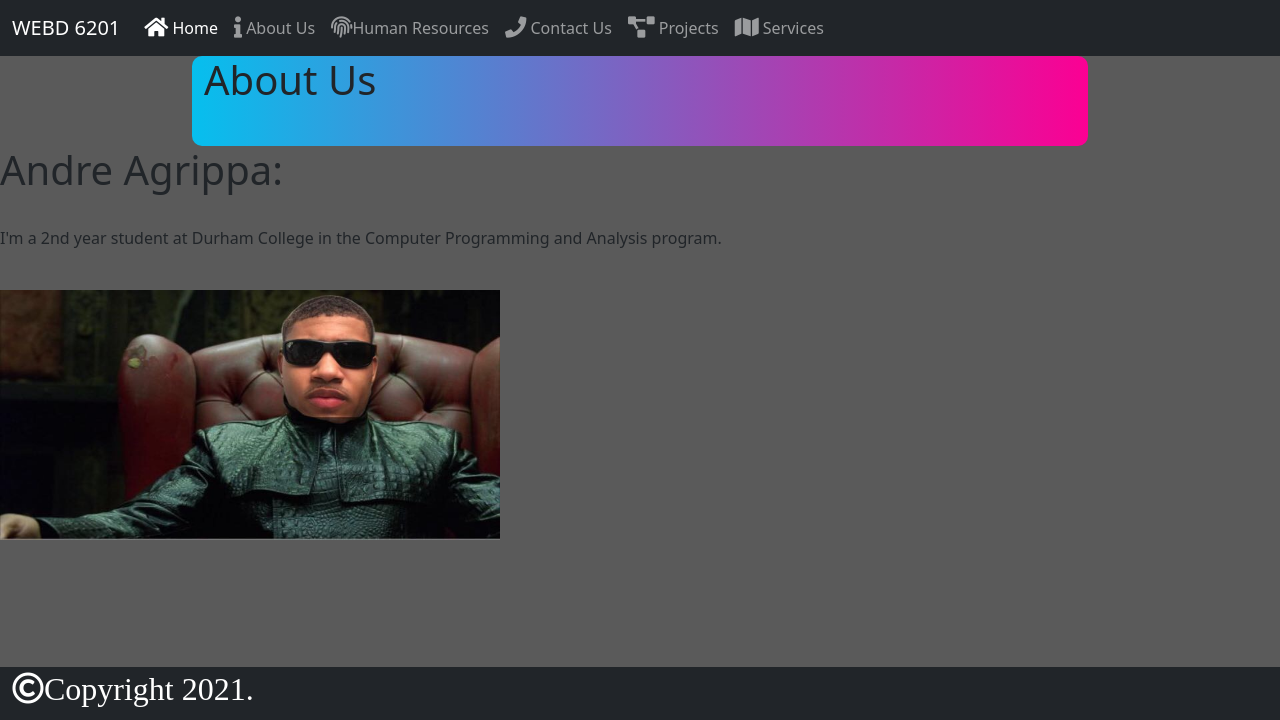
Repository: vans12345678/WEBD6201-W2021-Lab1
Page: about.html
The author's editor kept a copy of each file at every save. The page is drawn from the files as they stood at one save, then again after the next save.
The browser window is 1280 px wide. The pictures show the whole page.

Above is the page before, as saved 2021-01-30 21:28:36.

After the next save:
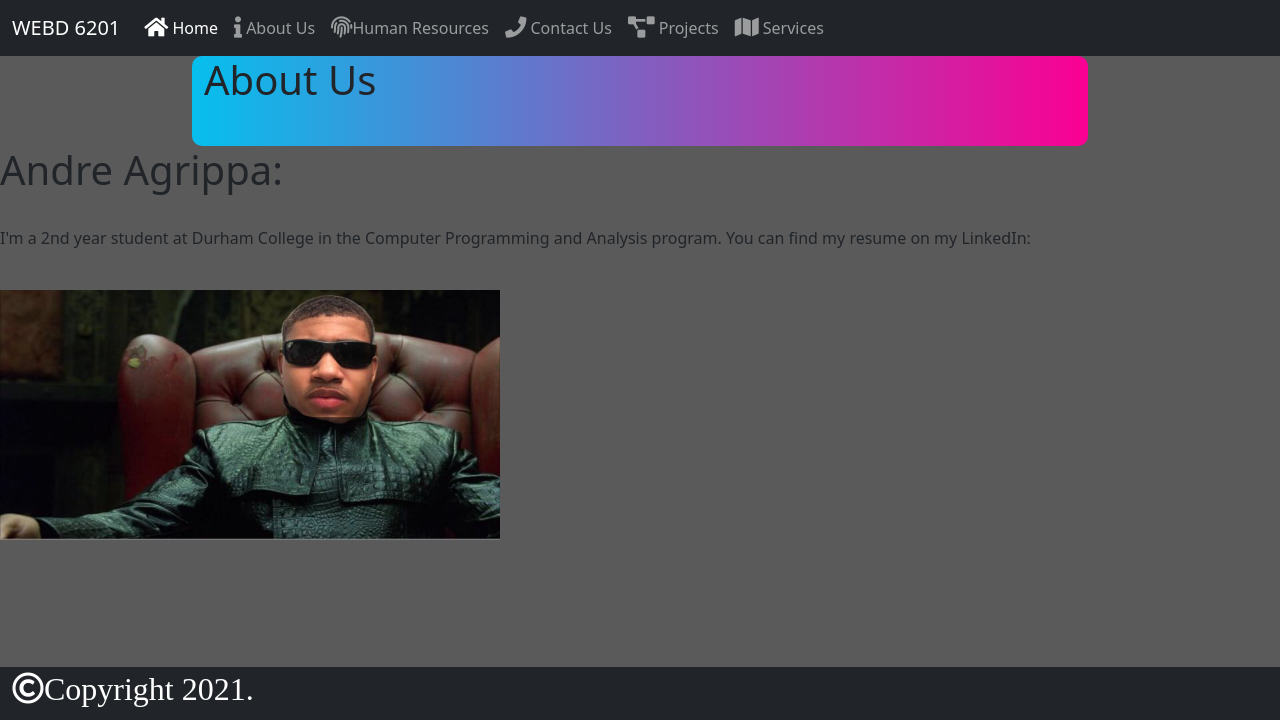
Saved 48 s later.
--- a/Scripts/app.js
+++ b/Scripts/app.js
@@ -14,9 +14,7 @@
     function displayHome()
     {
 
-        let introText = `This is a simple site to demonstrate the specified requirements for Lab 1
-        WEBD 6201 -
-        Client Side Scripting`;
+        let introText = "This is a simple site to demonstrate the specified requirements for Lab 1 WEBD 6201 - Client Side Scripting";
         let introTextElement = document.getElementById("introParagraph");
 
         introTextElement.textContent = introText;
@@ -31,7 +29,8 @@
     function displayAbout()
     {
         let andreHeader = "Andre Agrippa:";
-        let andreText = "I'm a 2nd year student at Durham College in the Computer Programming and Analysis program. ";
+        let andreText = `I'm a 2nd year student at Durham College in the Computer Programming and Analysis program.
+            You can find my resume on my LinkedIn: `;
 
         //Projects 1
         let headerElement = document.getElementById("aboutAHeader");
